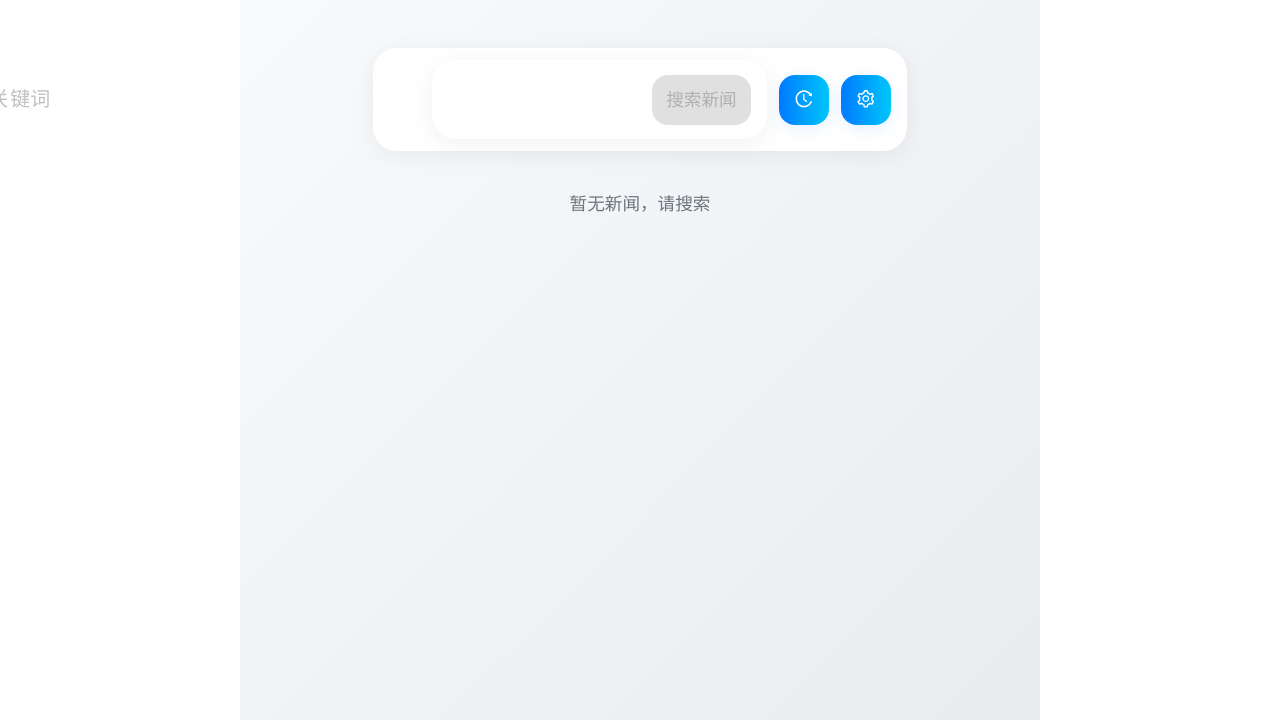
Repository: XJN7197/NewsAssistantBaseMCP
Page: / (app in frontend/)
The author's editor kept a copy of each file at every save. The page is drawn from the files as they stood at one save, then again after the next save.
The browser window is 1280 px wide. The pictures show the whole page.
The project was rebuilt for these pictures with package versions that can differ from the ones it lists, and the page was loaded fresh each time. Also part of the build but not shown: frontend/vite.config.ts, frontend/src/components/NewsCard.tsx.

Above is the page before, as saved 2025-05-25 19:47:44.

After the next save:
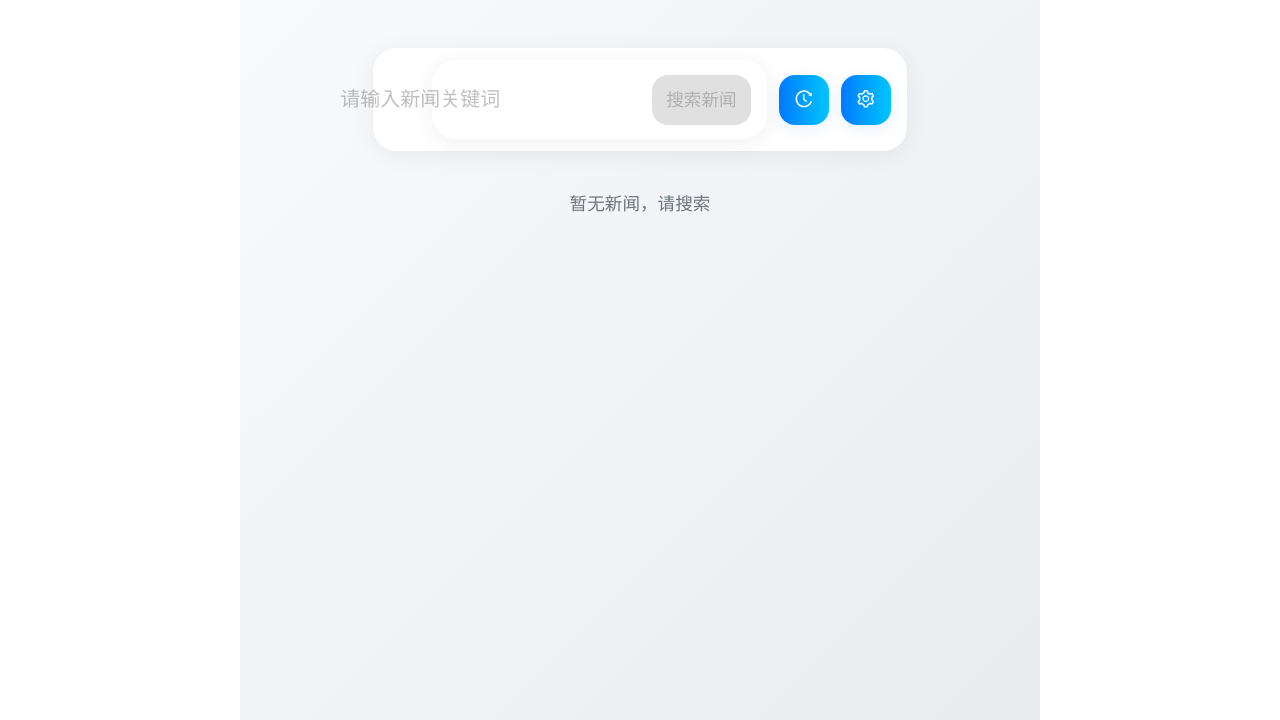
Saved 53 s later.
--- a/frontend/src/pages/Home.module.css
+++ b/frontend/src/pages/Home.module.css
@@ -27,7 +27,7 @@
 
 .search-bar input[type="text"] {
   flex: 1;
-  min-width: 750px; /* 设置最小宽度 */
+  min-width: 300px; /* 设置最小宽度 */
   border: none;
   outline: none;
   font-size: 1.25rem;
